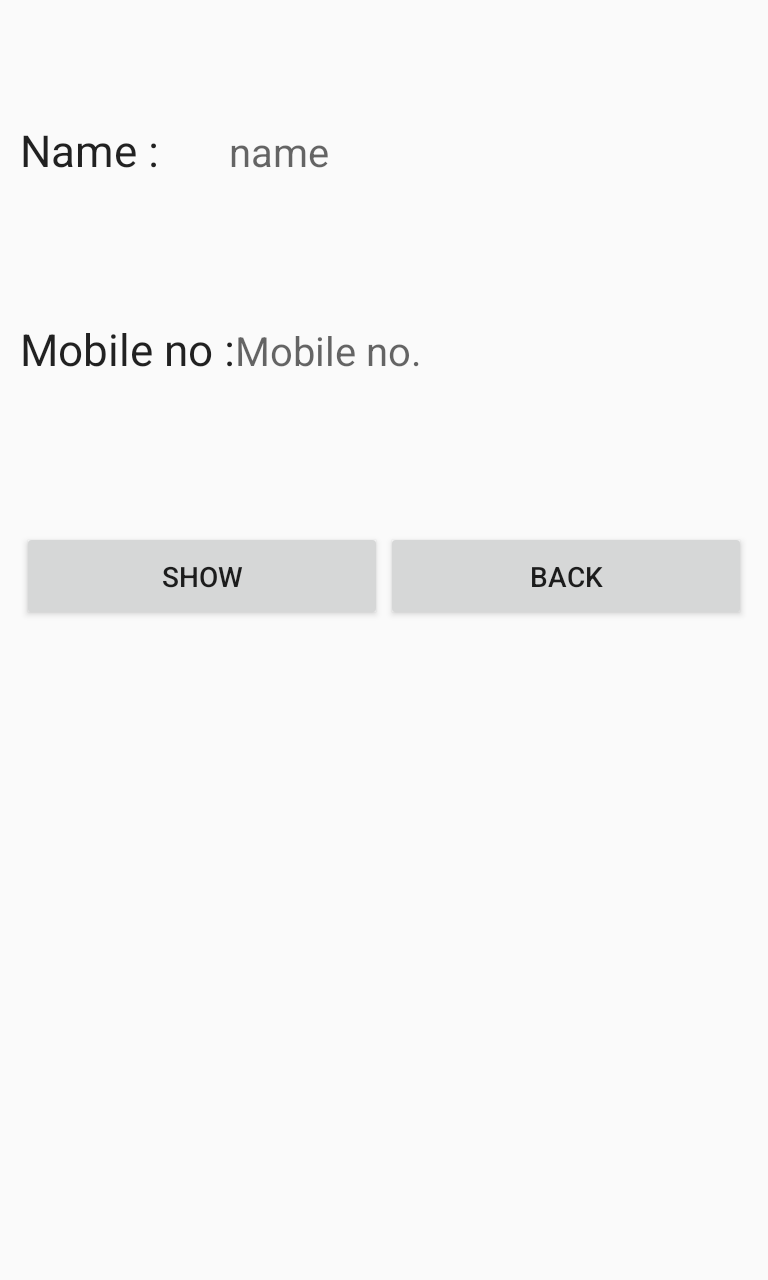
Repository: rajeshmule/Android-Data-Storage-Option
Layout: SharedPreference/res/layout/activity_main2.xml
The author's editor kept a copy of each file at every save. The layout is drawn from the files as they stood at one save, then again after the next save.
It is drawn on a 768 x 1280 px phone screen (xhdpi) without system bars, with theme AppTheme; the app's code is not run.

Above is the layout before, as saved 2014-08-22 18:39:27.

### SharedPreference/res/layout/activity_main2.xml
<LinearLayout xmlns:android="http://schemas.android.com/apk/res/android"
    xmlns:tools="http://schemas.android.com/tools"
    android:id="@+id/container"
    android:layout_width="match_parent"
    android:layout_height="match_parent"
    android:orientation="vertical"
    tools:context="com.rajesh.sharedpreference.Main2Activity" >

    <LinearLayout
        android:layout_width="wrap_content"
        android:layout_height="wrap_content"
        android:layout_marginBottom="35dp"
        android:layout_marginLeft="10dp"
        android:layout_marginRight="10dp"
        android:layout_marginTop="60dp"
         >

        <TextView

            android:layout_width="wrap_content"
            android:layout_height="wrap_content"
            android:text="@string/name_fix"
            android:textAppearance="?android:attr/textAppearanceLarge" />

        <TextView
            android:id="@+id/textView4"
            android:layout_width="match_parent"
            android:layout_height="wrap_content"
            android:layout_marginLeft="35dp"
            android:layout_weight="1"
            android:hint="name"
            android:textSize="20sp" />

    </LinearLayout>

    <LinearLayout
        android:layout_width="match_parent"
        android:layout_height="wrap_content"
        android:layout_marginBottom="35dp"
        android:layout_marginLeft="10dp"
        android:layout_marginRight="10dp"
        android:layout_marginTop="35dp" >

        <TextView

            android:layout_width="wrap_content"
            android:layout_height="wrap_content"
            android:text="@string/Mobile_no_fix"
            android:textAppearance="?android:attr/textAppearanceLarge" />

        <TextView
            android:id="@+id/textView6"
            android:layout_width="0dp"
            android:layout_height="wrap_content"
            android:layout_weight="1"
            android:hint="Mobile no."
            android:textSize="20sp" />

    </LinearLayout>

    <LinearLayout
        android:layout_width="match_parent"
        android:layout_height="wrap_content"
        android:layout_marginLeft="10dp"
        android:layout_marginRight="10dp"
        android:layout_marginTop="40dp" >

        <Button
            android:id="@+id/button3"
            android:layout_width="0dp"
            android:layout_height="wrap_content"
            android:layout_weight="1"
            android:text="@string/Show_fix"
            android:onClick="show" />

        <Button
            android:id="@+id/button4"
            android:layout_width="0dp"
            android:layout_height="wrap_content"
            android:layout_weight="1"
            android:text="@string/Back_fix"
            android:onClick="back" />
    </LinearLayout>

</LinearLayout>

### SharedPreference/res/values/strings.xml
<?xml version="1.0" encoding="utf-8"?>
<resources>

    <string name="app_name">Shared Preference</string>
    <string name="hello_world">Hello world!</string>
    <string name="action_settings">Settings</string>
    <string name="title_activity_main2">Main2Activity</string>
    <string name="name_fix">Name :</string>
    <string name="Mobile_no_fix">Mobile no :</string>
    <string name="Save_fix">Save</string>
    <string name="View_fix">Show</string>
    <string name="Show_fix">Show</string>
    <string name="Back_fix">Back</string>

</resources>

Loaded but not shown: SharedPreference/res/values/styles.xml (common file); SharedPreference/res/values-v11/styles.xml (common file); SharedPreference/res/values-v14/styles.xml (common file)

After the next save:
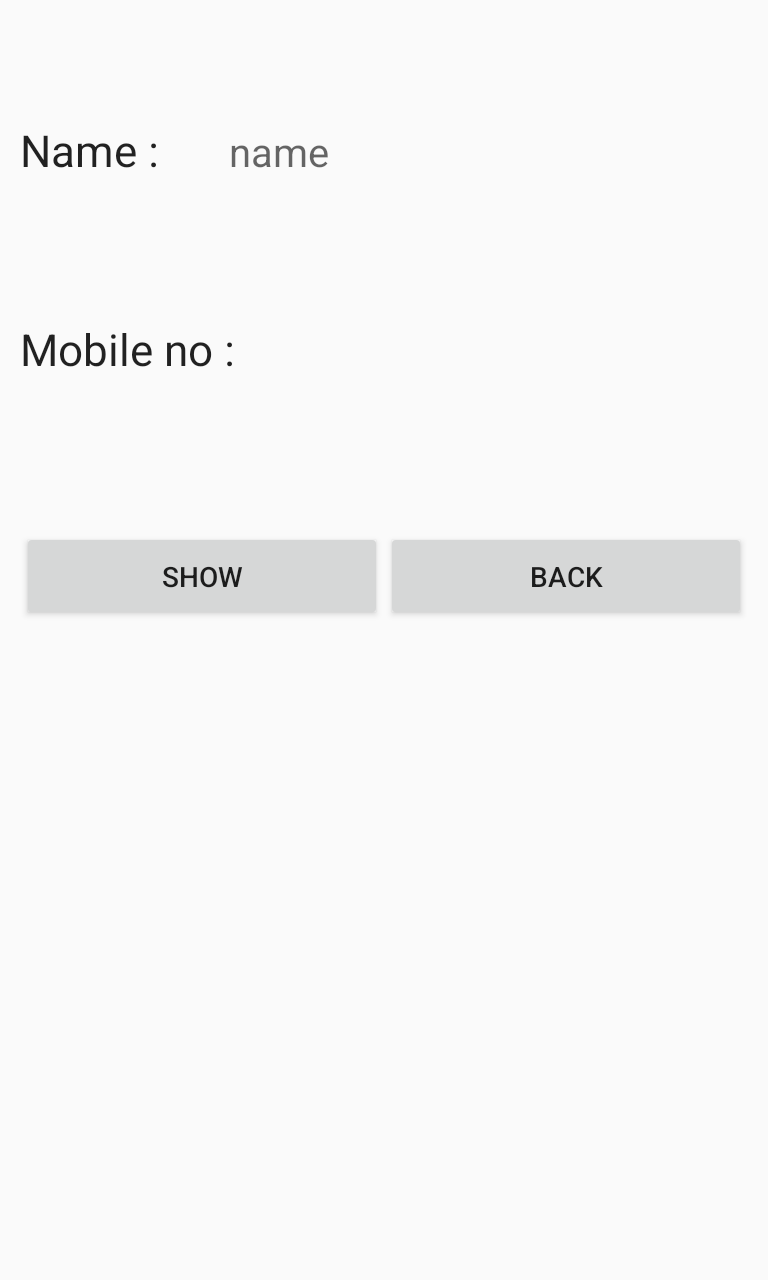
Saved 2 min 0 s later.
--- a/SharedPreference/res/layout/activity_main2.xml
+++ b/SharedPreference/res/layout/activity_main2.xml
@@ -53,7 +53,7 @@
             android:layout_width="0dp"
             android:layout_height="wrap_content"
             android:layout_weight="1"
-            android:hint="Mobile no."
+
             android:textSize="20sp" />
 
     </LinearLayout>
